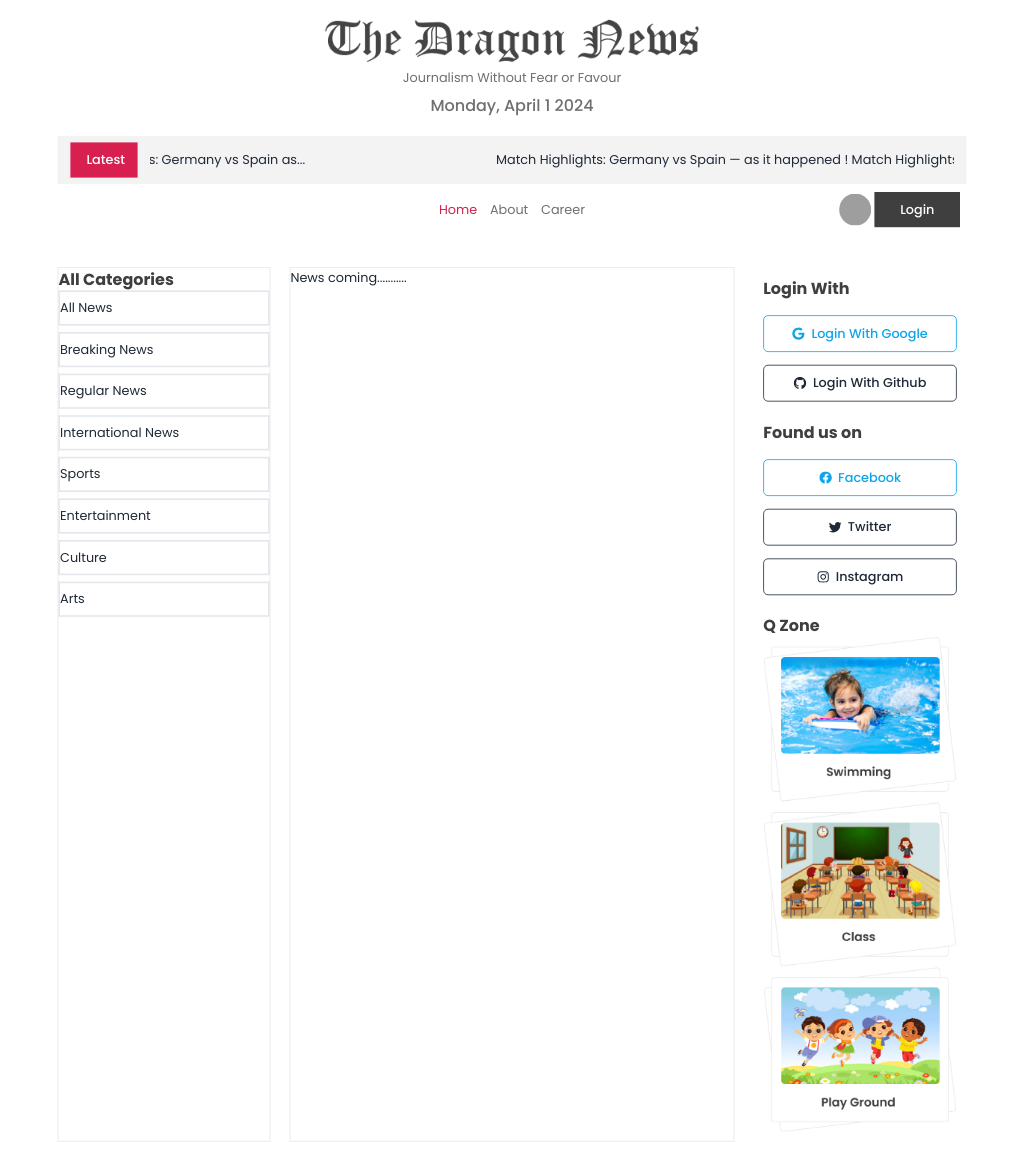
Repository: ShouravAhammed/react-dragon-news-auth
Page: /
An editor plug-in stored every save of this project. The page is shown before and after the next save, followed by the edit.
The browser window is 1280 px wide. The pictures show the whole page, at 80% of full size.
Pictures or frames that could not be fetched are drawn as grey boxes. The project was rebuilt for these pictures with package versions that can differ from the ones it lists, and the page was loaded fresh each time. Also part of the build but not shown: vite.config.js, src/pages/About/About.jsx, src/pages/Career/Career.jsx.

Above is the page before, as saved 2024-04-14 02:18:50.

### src/main.jsx
import React from 'react'
import ReactDOM from 'react-dom/client'
import './index.css'
import { RouterProvider } from 'react-router-dom'
import router from './Routes/Routes.jsx'

ReactDOM.createRoot(document.getElementById('root')).render(
  <React.StrictMode>
    <RouterProvider router={router}/>
  </React.StrictMode>,
)

### src/Routes/Routes.jsx
import Root from "../layout/Root";

import {
    createBrowserRouter,
  } from "react-router-dom";
import Home from "../pages/Home/Home";
import About from "../pages/About/About";
import Career from "../pages/Career/Career";

const router = createBrowserRouter([
    {
        path: '/',
        element: <Root></Root>,
        children: [
            {

                path: '/',
                element: <Home></Home>,
            },
            {

                path: '/about',
                element: <About></About>,
            },
            {

                path: '/career',
                element: <Career></Career>,
            },

        ]
    }
])

export default router;

### src/layout/Root.jsx
import { Outlet } from "react-router-dom";


const Root = () => {
    return (
        <div className="max-w-6xl mx-auto font-poppins px-2">
            <Outlet></Outlet>
        </div>
    );
};

export default Root;

### src/pages/Home/Home.jsx
import BreakingNews from "../BreakingNews/BreakingNews";
import Header from "../Shared/Header/Header";
import LeftSideNav from "../Shared/LeftSideNav/LeftSideNav";
import Navbar from "../Shared/Navbar/Navbar";
import RightSideNav from "../Shared/RIghtSideNav/RightSideNav";


const Home = () => {
    return (
        <div>
            <Header></Header>
            <BreakingNews></BreakingNews>
            <Navbar></Navbar>
            <div className="grid grid-cols-1 md:grid-cols-4 gap-6 my-10">
                <div className="col-span-1 border">
                    <LeftSideNav></LeftSideNav>
                </div>
                <div className="col-span-2 border">News coming...........</div>
                <div className="col-span-1">
                    <RightSideNav></RightSideNav>
                </div>
            </div>
        </div>
    );
};

export default Home;

### src/pages/BreakingNews/BreakingNews.jsx
import Marquee from "react-fast-marquee";
import { Link } from "react-router-dom";

const BreakingNews = () => {
  return (
    <div className="flex items-center gap-4 px-4 py-2 bg-[#F3F3F3]">
      <Link
        to={"/"}
        className="px-5 py-2.5 relative group overflow-hidden font-medium bg-[#D72050] text-white inline-block"
      >
        <span className="absolute top-0 left-0 flex w-full h-0 mb-0 transition-all duration-200 ease-out transform translate-y-0 bg-gray-50 group-hover:h-full"></span>
        <span className="relative group-hover:text-[#D72050]">Latest</span>
      </Link>
      <Marquee pauseOnHover={true} speed={100}>
        <p>
          Match Highlights: Germany vs Spain — as it happened ! Match
          Highlights: Germany vs Spain as...
        </p>
      </Marquee>
    </div>
  );
};

export default BreakingNews;

### src/pages/Shared/Header/Header.jsx

import moment from 'moment';
import logo from '../../../assets/logo.png'
const Header = () => {
    return (
        <div className=' space-y-2 text-center my-6'>
            <img className='mx-auto' src={logo} alt="" />
            <h3 className='text-[#18px] font-normal text-[#706F6F]'>Journalism Without Fear or Favour</h3>
            <p className='text-xl text-[#706F6F] font-medium'>{moment().format("dddd, MMMM D YYYY")}</p>
        </div>
    );
};

export default Header;

### src/pages/Shared/LeftSideNav/LeftSideNav.jsx
import { useEffect, useState } from "react";
import { NavLink } from "react-router-dom";

const LeftSideNav = () => {

        const [categories, setCategories] = useState([])

        useEffect(() => {
            fetch('categories.json')
            .then(res => res.json())
            .then(data => setCategories(data))
        }, [])

    return (
        <div>
           <div>
           <h3 className="text-xl font-bold text-[#403F3F]">All Categories</h3>
           {
            categories.map(categoryItem => <NavLink key={categoryItem.id} to={`/category/${categoryItem.id}`} className="block mb-2 py-2 border-2">{categoryItem.name}</NavLink>)
           }
           </div>

        </div>
    );
};

export default LeftSideNav;

### src/pages/Shared/Navbar/Navbar.jsx
import { Link, NavLink } from "react-router-dom";
import DefaultUser from '../../../assets/user.png'

const Navbar = () => {

    const navLinks =
    <>
        <li><NavLink to={'/'} className={({isActive}) => isActive ? 'text-[#D72050]' : 'text-[#706F6F]'}>Home</NavLink></li>
        <li><NavLink to={'/about'} className={({isActive}) => isActive ? 'text-[#D72050]' : 'text-[#706F6F]'}>About</NavLink></li>
        <li><NavLink to={'/career'} className={({isActive}) => isActive ? 'text-[#D72050]' : 'text-[#706F6F]'}>Career</NavLink></li>
    </>

    return (
        <div>
            <div className="navbar">
  <div className="navbar-start">
    <div className="dropdown">
      <div tabIndex={0} role="button" className="btn btn-ghost lg:hidden">
        <svg xmlns="http://www.w3.org/2000/svg" className="h-5 w-5" fill="none" viewBox="0 0 24 24" stroke="currentColor"><path strokeLinecap="round" strokeLinejoin="round" strokeWidth="2" d="M4 6h16M4 12h8m-8 6h16" /></svg>
      </div>
      <ul tabIndex={0} className=" menu-sm dropdown-content mt-3 z-[1] p-2 shadow bg-base-100 rounded-box w-52 text-[#706F6F] font-normal text-[18px]">
        {navLinks}
      </ul>
    </div>
  </div>
  <div className="navbar-center hidden lg:flex">
    <ul className="flex justify-center items-center gap-4 menu-horizontal px-1">
      {navLinks}
    </ul>
  </div>
  <div className="navbar-end">
  <div tabIndex={0} role="button" className="btn btn-ghost btn-circle avatar">
        <div className="w-10 rounded-full">
          <img alt="Tailwind CSS Navbar component" src={DefaultUser} />
        </div>
      </div>

  <Link
        className="px-8 py-2.5 relative group overflow-hidden font-medium bg-[#403F3F] text-white inline-block"
      >
        <span className="absolute top-0 left-0 flex w-full h-0 mb-0 transition-all duration-200 ease-out transform translate-y-0 bg-gray-50 group-hover:h-full"></span>
        <span className="relative group-hover:text-[#403F3F]">Login</span>
      </Link>
  </div>
</div>
        </div>
    );
};

export default Navbar;

### src/pages/Shared/RIghtSideNav/RightSideNav.jsx
import BtnLogin from "../../../Components/btnLogin/BtnLogin";


const RightSideNav = () => {
    return (
        <div>
            <BtnLogin></BtnLogin>
        </div>
    );
};

export default RightSideNav;

### src/Components/btnLogin/BtnLogin.jsx
import { FaFacebook, FaGithub, FaGoogle, FaInstagram, FaTwitter } from "react-icons/fa";
import QZone1 from '../../assets/qZone1.png'
import QZone2 from '../../assets/qZone2.png'
import QZone3 from '../../assets/qZone3.png'

const BtnLogin = () => {
    return (
        <div>
            <div className="p-3">
            <h3 className="text-xl font-bold text-[#403F3F]">Login With</h3>
            <div className="mt-5 space-y-4">
            <button
        className="w-full px-8 py-2.5 relative group overflow-hidden font-medium bg-white text-sky-500 inline-block border-sky-500 border rounded-md"
      >
        <span className="absolute top-0 left-0 flex w-full h-0 mb-0 transition-all duration-200 ease-out rounded-md transform translate-y-0 bg-sky-500 group-hover:h-full"></span>
        <div className="flex justify-center items-center gap-2">
        <span className="relative group-hover:text-white"><FaGoogle/></span>
        <span className="relative group-hover:text-white">Login With Google</span>
        </div>
      </button>
            <button
        className="w-full px-8 py-2.5 relative group overflow-hidden font-medium bg-white text-gray-800 inline-block border-gray-800 border rounded-md"
      >
        <span className="absolute top-0 left-0 flex w-full h-0 mb-0 transition-all duration-200 ease-out rounded-md transform translate-y-0 bg-gray-800 group-hover:h-full"></span>
        <div className="flex justify-center items-center gap-2">
        <span className="relative group-hover:text-white"><FaGithub /></span>
        <span className="relative group-hover:text-white">Login With Github</span>
        </div>
      </button>
            </div>
        </div>
            <div className="p-3">
            <h3 className="text-xl font-bold text-[#403F3F]">Found us on</h3>
            <div className="mt-5 space-y-4">
            <button
        className="w-full px-8 py-2.5 relative group overflow-hidden font-medium bg-white text-sky-500 inline-block border-sky-500 border rounded-md"
      >
        <span className="absolute top-0 left-0 flex w-full h-0 mb-0 transition-all duration-200 ease-out rounded-md transform translate-y-0 bg-sky-500 group-hover:h-full"></span>
        <div className="flex justify-center items-center gap-2">
        <span className="relative group-hover:text-white"><FaFacebook/></span>
        <span className="relative group-hover:text-white">Facebook</span>
        </div>
      </button>
            <button
        className="w-full px-8 py-2.5 relative group overflow-hidden font-medium bg-white text-gray-800 inline-block border-gray-800 border rounded-md"
      >
        <span className="absolute top-0 left-0 flex w-full h-0 mb-0 transition-all duration-200 ease-out rounded-md transform translate-y-0 bg-gray-800 group-hover:h-full"></span>
        <div className="flex justify-center items-center gap-2">
        <span className="relative group-hover:text-white"><FaTwitter /></span>
        <span className="relative group-hover:text-white">Twitter</span>
        </div>
      </button>
            <button
        className="w-full px-8 py-2.5 relative group overflow-hidden font-medium bg-white text-gray-800 inline-block border-gray-800 border rounded-md"
      >
        <span className="absolute top-0 left-0 flex w-full h-0 mb-0 transition-all duration-200 ease-out rounded-md transform translate-y-0 bg-gray-800 group-hover:h-full"></span>
        <div className="flex justify-center items-center gap-2">
        <span className="relative group-hover:text-white"><FaInstagram /></span>
        <span className="relative group-hover:text-white">Instagram</span>
        </div>
      </button>
            </div>
        </div>

        {/* Q zone */}

        <div className="p-3">
            <h3 className="text-xl font-bold text-[#403F3F]">Q Zone</h3>
            <img src={QZone1} alt="" />
            <img src={QZone2} alt="" />
            <img src={QZone3} alt="" />

        </div>

        </div>
    );
};

export default BtnLogin;

### tailwind.config.js
/** @type {import('tailwindcss').Config} */
export default {
  content: [
    "./index.html",
    "./src/**/*.{js,ts,jsx,tsx}",
  ],
  theme: {
    extend: {
      fontFamily: {
        poppins: '"Poppins", sans-serif;', // Adds a new `font-display` class
      }
    }
  },
  plugins: [require("daisyui")],
}

Loaded but not shown: index.html (common file); src/index.css (common file); public/categories.json (common file)

After the next save:
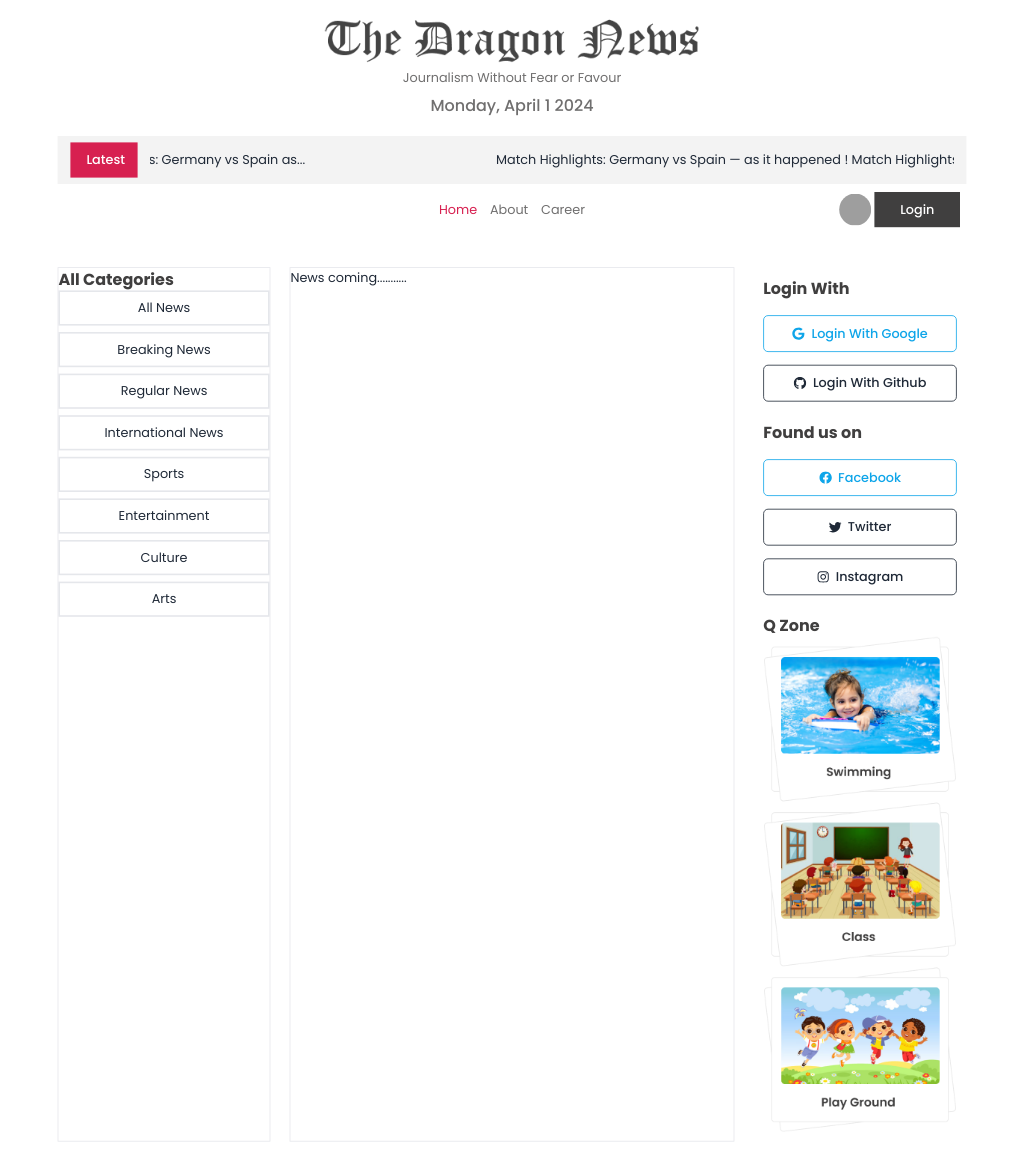
Saved 2 min 33 s later.
--- a/src/pages/Shared/LeftSideNav/LeftSideNav.jsx
+++ b/src/pages/Shared/LeftSideNav/LeftSideNav.jsx
@@ -16,7 +16,7 @@
            <div>
            <h3 className="text-xl font-bold text-[#403F3F]">All Categories</h3>
            {
-            categories.map(categoryItem => <NavLink key={categoryItem.id} to={`/category/${categoryItem.id}`} className="block mb-2 py-2 border-2">{categoryItem.name}</NavLink>)
+            categories.map(categoryItem => <NavLink key={categoryItem.id} to={`/category/${categoryItem.id}`} className="block mb-2 py-2 border-2 text-center">{categoryItem.name}</NavLink>)
            }
            </div>
 

After the 2 saves that followed:
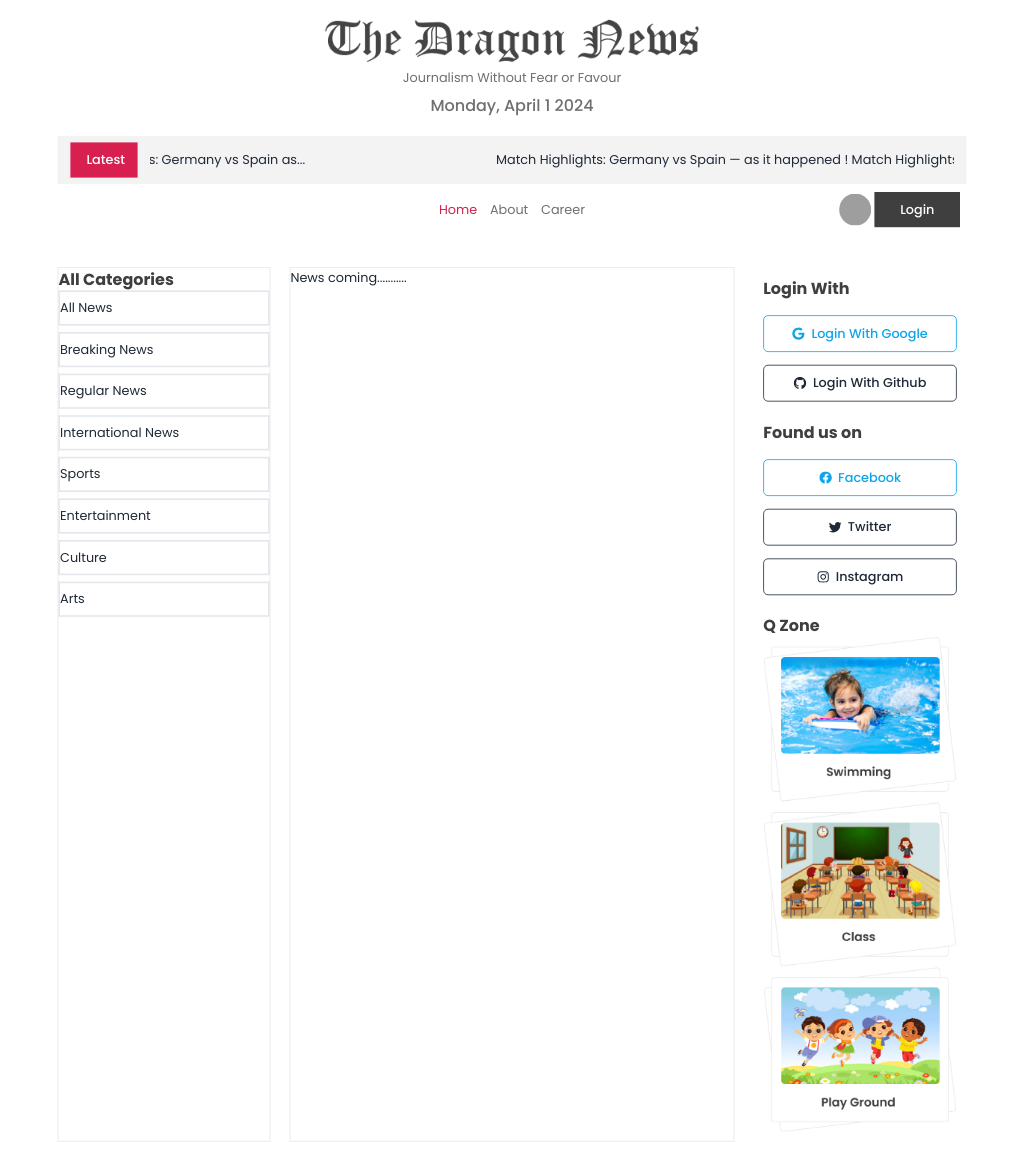
The 2 saves are shown as one change because 1 left the picture as it was.
The last was saved 5 min 11 s later.
--- a/src/pages/Shared/LeftSideNav/LeftSideNav.jsx
+++ b/src/pages/Shared/LeftSideNav/LeftSideNav.jsx
@@ -16,7 +16,7 @@
            <div>
            <h3 className="text-xl font-bold text-[#403F3F]">All Categories</h3>
            {
-            categories.map(categoryItem => <NavLink key={categoryItem.id} to={`/category/${categoryItem.id}`} className="block mb-2 py-2 border-2 text-center">{categoryItem.name}</NavLink>)
+            categories.map(categoryItem => <NavLink key={categoryItem.id} to={`/category/${categoryItem.id}`} className={`block mb-2 py-2 border-2 ${isActive => isActive ? 'text-red-500' : 'text-black'}`}>{categoryItem.name}</NavLink>)
            }
            </div>
 
